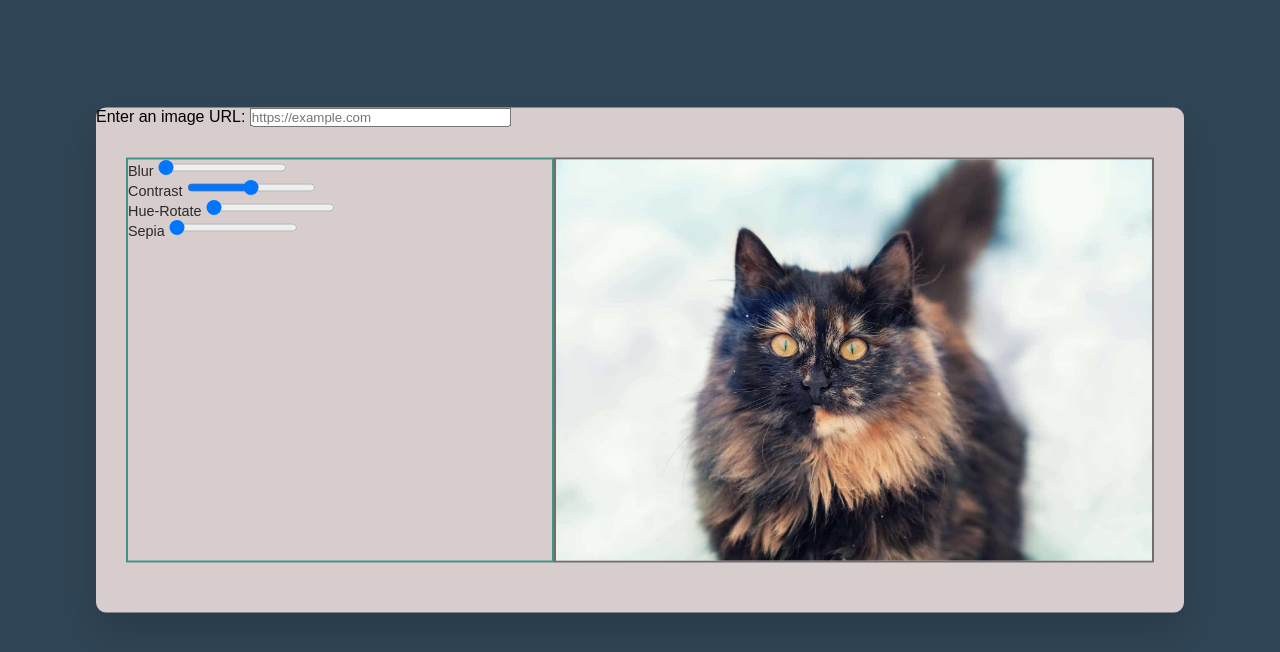
Repository: Larrowo/Challenges
Page: Photo filter/index.html
The author's editor kept a copy of each file at every save. The page is drawn from the files as they stood at one save, then again after a run of saves.
The browser window is 1280 px wide. The pictures show the whole page.

Above is the page before, as saved 2022-04-04 11:19:37.

### Photo filter/index.html
<!DOCTYPE html>
<html lang="en">
<head>
    <meta charset="UTF-8">
    <meta http-equiv="X-UA-Compatible" content="IE=edge">
    <meta name="viewport" content="width=device-width, initial-scale=1.0">
    <link rel="stylesheet" href="style.css">
    <script src="script.js" defer></script>

    <title>Document</title>
</head>
<body>
    <div class="wrapper">
        <div class="input-image">
            <label for="url">Enter an image URL:</label>
            <input type="url" name="url" id="url" placeholder="https://example.com" pattern="https://.*" size="30"required>
        </div>
        <div class="editor">
            <div class="filter">
                <label for="blur">Blur</label>
                <input type="range" min="0" max="5" value="0" step="0.1" id="blur">
            </div>
            <div class="filter">
                <label for="contrast">Contrast</label>
                <input type="range" min="0" max="200" value="100"  id="Contrast">
            </div>
            <div class="filter">
                <label for="Hue-rotate">Hue-Rotate</label>
                <input type="range" min="0" max="360" value="0"  id="Hue-rotate">
            </div>
            <div class="filter">
                <label for="Sepia">Sepia</label>
                <input type="range" min="0" max="100" value="0"  id="Sepia">
            </div>

        </div>
        <div class="results">
            <img src="tortoiseshell-cat-1.jpg" alt="Girl in a jacket">

        </div>
    </div>
</body>
</html>

### Photo filter/style.css
*{
    padding: 0;
    margin: 0;
    box-sizing: border-box;
    font-family: "Rubik",sans-serif;
}

body{
    background-color: #304555;
}

    .input-image{
        position: absolute;
        text-align: center;
}

  .wrapper{
     width: 85vw;
     padding: 50px 30px;
     background-color: #d8cdcd;
     position: absolute;
     transform: translate(-50%,-50%);
     top: 50%;
     left: 50%;
     border-radius: 10px;
     box-shadow: 0 20px 35px rgba(0,0,0,0.15);
     display: grid;
     grid-template-columns: 5fr 7fr;
 }

 .editor{
     border: 2px solid rgba(56, 143, 129, 0.932);
     min-height: 35vmin;
     display: flex;
     flex-direction: column;
 }

 .editor label{
     font-size: 2vmin;
     color: #2a292a;
     font-weight: 100;
 }

 .results{
     border: 2px solid rgba(0, 0, 0, 0.473);
 }

 img {
    width: 100%; /* or any custom size */
    height: 100%;
    /* object-fit: contain; */
}

Loaded but not shown: Photo filter/script.js (no copy from this time; the picture is the same without it)

After the next 3 saves:
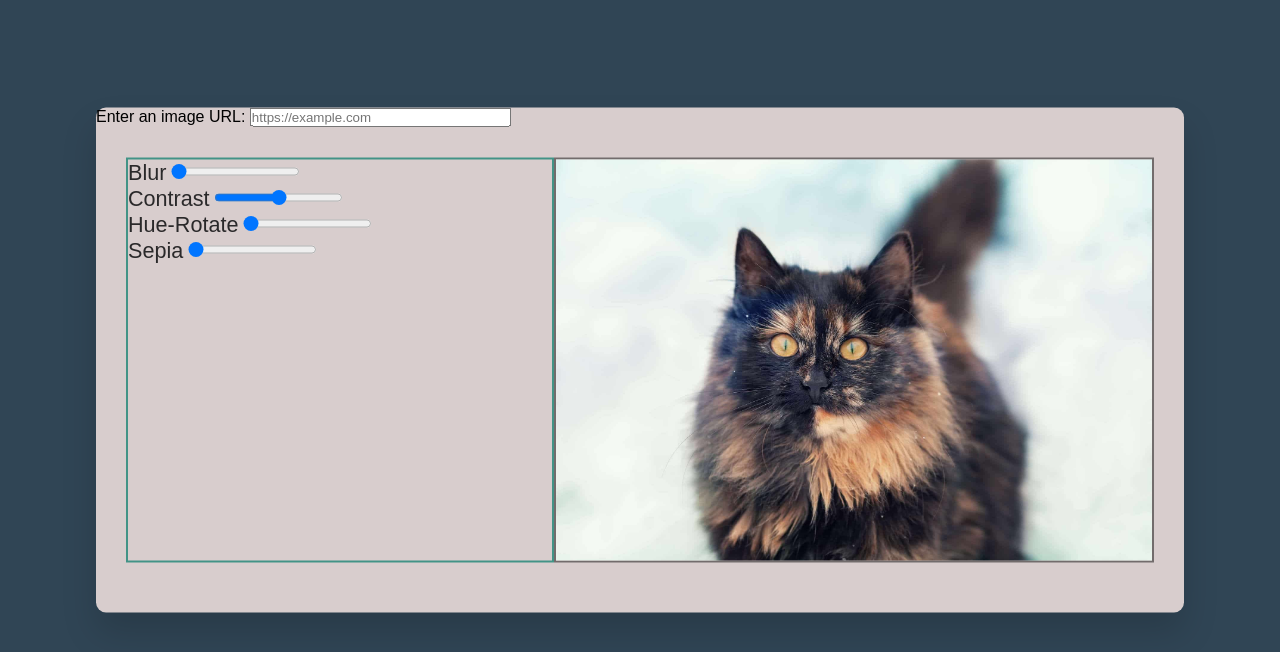
The 3 saves are shown as one change because they came seconds apart.
The last was saved 9 s later.
--- a/Photo filter/style.css
+++ b/Photo filter/style.css
@@ -36,7 +36,7 @@ body{
  }
 
  .editor label{
-     font-size: 2vmin;
+     font-size: 3vmin;
      color: #2a292a;
      font-weight: 100;
  }
